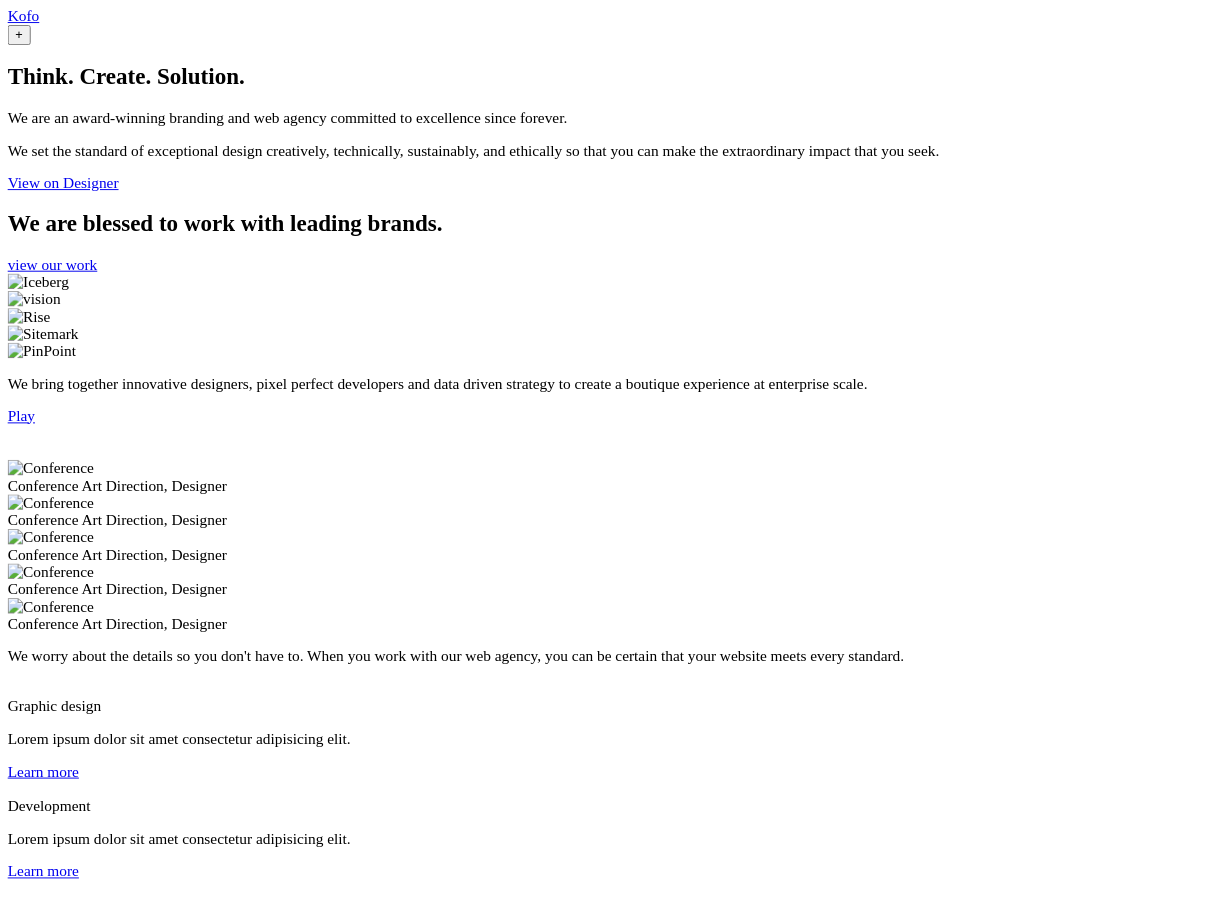
Repository: debthebuilder/kofo
Page: index.html
An editor plug-in stored every save of this project. The page is shown before and after the next save, followed by the edit.
The browser window is 1280 px wide. The pictures show the whole page, at 96% of full size.

Above is the page before, as saved 2022-10-13 11:48:02.

### index.html
<!DOCTYPE html>
<html lang="en">
<head>
    <meta charset="UTF-8">
    <meta http-equiv="X-UA-Compatible" content="IE=edge">
    <meta name="viewport" content="width=device-width, initial-scale=1.0">
    <title>Kofo - Webflow Portfolio template</title>
</head>
<body>
    <!--Fixed Top Navigation Bar-->
    <nav class="fixed-navbar">
        <a href="index.html" class="logo">Kofo</a>
        <div>
            <button>+</button>
        </div>
    </nav>
    <!--Hero Section-->
    <section class="hero">
        <div class="row">
            <div class="col">
                <h1>Think. <span>Create.</span> Solution.</h1>
            </div>
            <div class="col">
                <div>
                    <p>We are an award-winning branding and web agency committed to excellence since forever.</p>
                </div>
                <div>
                    <p>We set the standard of exceptional design creatively, technically, sustainably, and ethically so that you can make the extraordinary impact that you seek.</p>
                    <div>
                        <a href="#">View on Designer</a>
                        <span>
                            <img src="#" alt="" />
                        </span>
                    </div>
                </div>
            </div>
        </div>
    </section>
    <!--Partner Brands-->
    <section>
        <div>
            <h2>We are blessed to work with leading brands.</h2>
            <a href="#">view our work</a>
        </div>
        <div>
            <div class="partner-logo">
                <img src="#" alt="Iceberg" />
            </div>
            <div class="partner-logo">
                <img src="#" alt="vision" />
            </div>
            <div class="partner-logo">
                <img src="#" alt="Rise" />
            </div>
            <div class="partner-logo">
                <img src="#" alt="Sitemark" />
            </div>
            <div class="partner-logo">
                <img src="#" alt="PinPoint" />
            </div>
        </div>
    </section>
    <!--What we do-->
    <section class="about">
        <div class="row">
            <div class="col">
                <p>We bring together innovative designers, pixel perfect developers and data driven strategy to create a boutique experience at enterprise scale.</p>
                <div>
                    <a href="#">Play</a>
                    <div>
                        <img src="" alt="" />
                    </div>
                </div>
            </div>
            <div class="col">
                <div>
                    <img src="" alt="" />
                </div>
            </div>
        </div>
    </section>
    <!--Portfolio-->
    <section class="portfolio">
        <div class="grid">
            <div class="portfolio-item">
                <div class="">
                    <img src="" alt="Conference" />
                </div>
                <div class="absolute">
                    <div class="flex-items">
                        <span class="item-title">Conference</span>
                        <span class="item-tags">Art Direction, Designer</span>
                    </div>
                </div>
            </div>
            <div class="portfolio-item">
                <div class="">
                    <img src="" alt="Conference" />
                </div>
                <div class="absolute">
                    <div class="flex-items">
                        <span class="item-title">Conference</span>
                        <span class="item-tags">Art Direction, Designer</span>
                    </div>
                </div>
            </div>
            <div class="portfolio-item">
                <div class="">
                    <img src="" alt="Conference" />
                </div>
                <div class="absolute">
                    <div class="flex-items">
                        <span class="item-title">Conference</span>
                        <span class="item-tags">Art Direction, Designer</span>
                    </div>
                </div>
            </div>
            <div class="portfolio-item">
                <div class="">
                    <img src="" alt="Conference" />
                </div>
                <div class="absolute">
                    <div class="flex-items">
                        <span class="item-title">Conference</span>
                        <span class="item-tags">Art Direction, Designer</span>
                    </div>
                </div>
            </div>
            <div class="portfolio-item">
                <div class="">
                    <img src="" alt="Conference" />
                </div>
                <div class="absolute">
                    <div class="flex-items">
                        <span class="item-title">Conference</span>
                        <span class="item-tags">Art Direction, Designer</span>
                    </div>
                </div>
            </div>
        </div>
    </section>
    <!--Services-->
    <section>
        <p>We worry about the details so you don't have to. When you work with our web agency, you can be certain that your website meets every standard.</p>
        <div class="services">
            <div class="service-card">
                <div class="service-icon">
                    <img src="" alt="" />
                </div>
                <div class="service-details">
                    <div class="service-title">Graphic design</div>
                    <p class="service-intro">Lorem ipsum dolor sit amet consectetur adipisicing elit.</p>
                    <a href="about.html" class="service-link">Learn more</a>
                </div>
            </div>
            <div class="service-card">
                <div class="service-icon">
                    <img src="" alt="" />
                </div>
                <div class="service-details">
                    <div class="service-title">Development</div>
                    <p class="service-intro">Lorem ipsum dolor sit amet consectetur adipisicing elit.</p>
                    <a href="about.html" class="service-link">Learn more</a>
                </div>
            </div>
            <div class="service-card">
                <div class="service-img">
                    <img src="" alt="" />
                </div>
            </div>
        </div>
    </section>
    <!--Testimonial-->
    <section class="testimonial">
        <div></div>
    </section>
    <!--Fun Facts-->
    <!--Latest Blog Posts-->
    <!--Newsletter-->
    <!--Footer-->
</body>
</html>

After the next save:
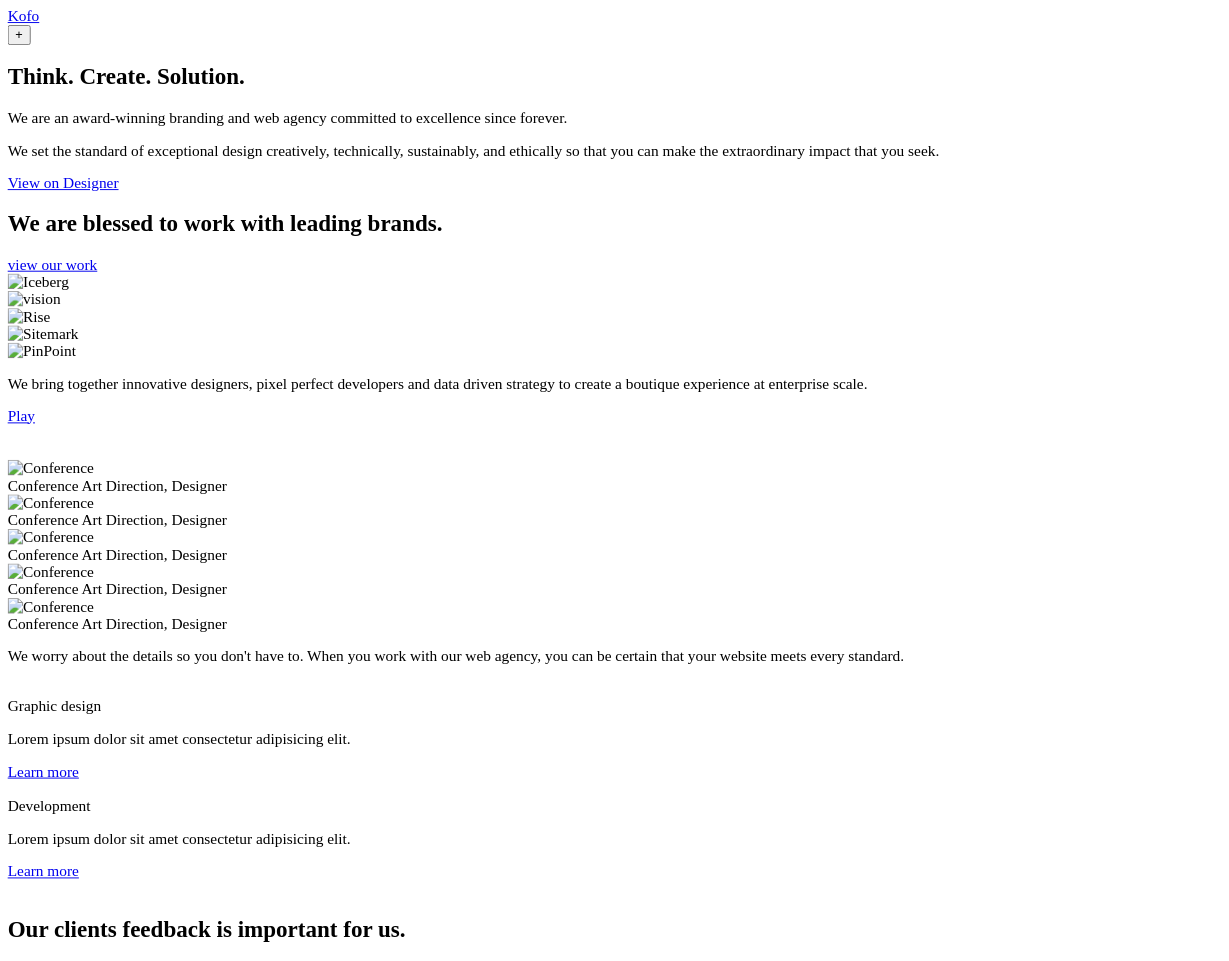
Saved 13 s later.
--- a/index.html
+++ b/index.html
@@ -172,7 +172,9 @@
     </section>
     <!--Testimonial-->
     <section class="testimonial">
-        <div></div>
+        <div>
+            <h2>Our clients feedback is important for us.</h2>
+        </div>
     </section>
     <!--Fun Facts-->
     <!--Latest Blog Posts-->
